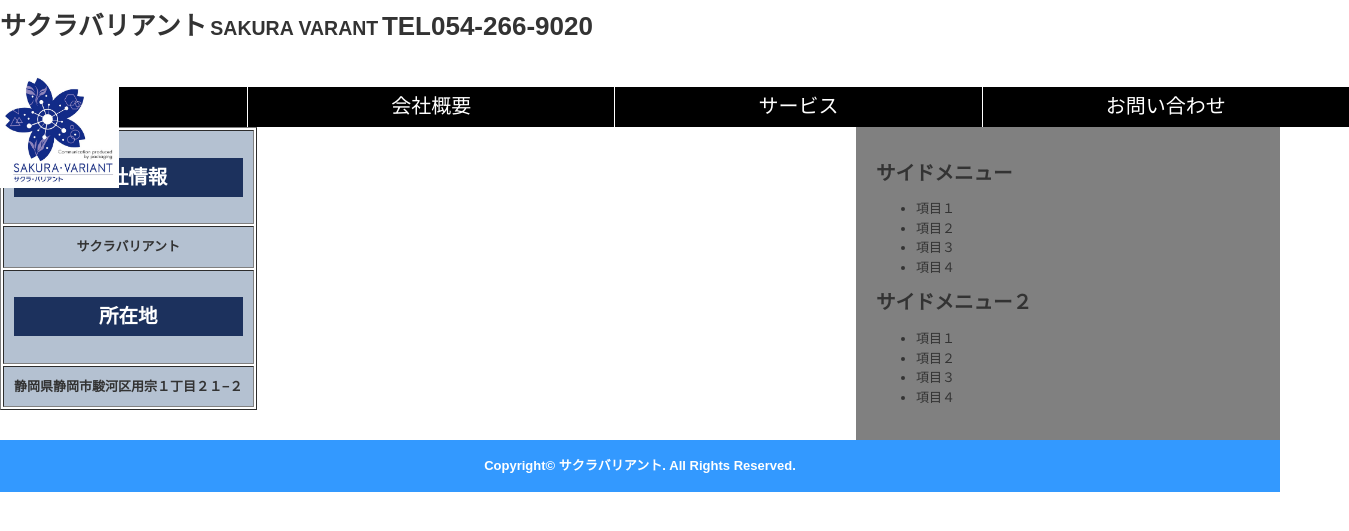
Repository: sakusyou69/homepage
Page: index.java3.html
The author's editor kept a record of every edit. The page is drawn from the files as they stood at one moment, then again after the next edit.
The browser window is 1280 px wide. The page is 1349 px wide, so the pictures cover 1349 px, including what lies to the right of the window. The pictures show the whole page.

Above is the page before.

### index.java3.html
<!DOCTYPE html>
<html lang="ja">
<head>
    <meta charset="UTF-8">
    <title> 会社案内｜サクラバリアント</title>
    <!-- CSSの読み込み　-->
    <link rel="stylesheet" href="stylesheet.css">
</head>
<body>
    <div id="header">
    <h1>サクラバリアント</h1>
    <h2>SAKURA VARANT</h2>
    <h1>TEL054-266-9020</h1>
        <h1> <a href="index.java.html"> <img id="corridor" src="images/sakura.jpg" alt="会社ロゴ"/></a></h1>
    </div>
    <div id="wrapper">
        <div id="nav">
            <ul>
                <li><a href="home.html">ホーム</a></a></li>
                <li><a href="#">会社概要</a></li>
                <li><a href="#">サービス</a></li>
                <li><a href="#">お問い合わせ</a></li>
            </ul>
        </div>
    </div>
    <div id="side">
        <div class="box">
            <h2>サイドメニュー</h2>
            <div class="boxBody">
                <ul>
                    <li>項目１</li>
                    <li>項目２</li>
                    <li>項目３</li>
                    <li>項目４</li>
                </ul>
            </div>
        </div>
        <div class="box">
            <h2>サイドメニュー２</h2>
            <div class="boxBody">
                <ul>
                    <li>項目１</li>
                    <li>項目２</li>
                    <li>項目３</li>
                    <li>項目４</li>
                </ul>
            </div>
        </div>
    </div>
    </div>

    <table border="1">
        <tr>
            <th><h2><font color="white">会社情報</font></h2></th>

        </tr>
        <tr>
         <th>サクラバリアント</th>


        </tr>
        <tr>
            <th><h2><font color="white">所在地</font></h2></th>
            </tr>
            <th>静岡県静岡市駿河区用宗１丁目２１−２</th>
            </tb>
        </tr>
    </table>



    <div id="footer">
        <p>Copyright© サクラバリアント. All Rights Reserved.</p>
    </div>
</body>
</html>

### stylesheet.css
@charset "utf-8";

body {
	margin: 0;
	padding: 0;
	font-family: "ヒラギノ角ゴ Pro W3", "Hiragino Kaku Gothic Pro", "メイリオ", Meiryo, Osaka, "ＭＳ Ｐゴシック", "MS PGothic", sans-serif;
	color: #333;
	font-size: 13px;
	line-height: 150%;
}

/* -------------------- wrapper -------------------- */
#wrapper {
	width: 100%;
	margin: auto;
	padding: 0px;
	border: 0px;
	background-color: #FFF;
}
div h1  {


}

div h2 {

    width:auto;
}
/*-----------------header-----------------*/
#header h1 {
    position:relative;
    display:inline-block;
}

#header h2 {
    position:relative;
    display:inline-block;
}

#corridor {
    width:15%;
    height:auto;
}


/*---------------footer--------------*/
#footer {
    clear: both;
    width:100%;
    padding: 3px 0 3px 0;
    background: #39F;
    color: #FFF;
    font-weight:bold;
    text-align: center;
}

/*------------------------nav-------------------*/
#nav {
    width:96%;
}
#nav ul {
    margin:-120px;
    padding:0;
    list-style-type: none;
}
#nav ul li {
    float:left;
    width:25%;
    text-align:center;
}
#nav ul li a {
    display:block;
    height:20px;
    margin:0;
    padding:10px;
    color: #FFF;
    font-size:20px;
    text-decoration:none;
    background-color:black;
    border-left: 1px solid white;
}
/*-----------------------side---------------------*/
#side {
    float:right;
    width:30%;
    padding:20px;
    background-color:gray;
}
#side.box {
    margin:0 auto 30px auto;
    padding:0 0 20px 0;
    background: url(images/side_box.png)bottom no-repeat;
}
#side.box h2 {
    margin:0;
    padding:8px;
    text-align:center;
    color:#fff;
    font-size:16px;
    line-height:16px;
    font-weight:normal;
    background:url(images/side_box_h2.png)center no-repeat;
}
#side.box.boxBody {
    padding:8px;
    border-right:solid 1px #C36;
    border-bottom:solid 1px #C36;
    border-left: solid 1px #C36;
    background:#fff;
}
#side.box.boxBody ul li {
    margin:0 0 16px 0;
    padding:0;
}
#side.box.boxBody ul li {
    padding:8px 0 8px 4px;
    list-style:none;
    border-bottom:solid 1px #C36;
}
th {
    padding:10px;
    background-color:#b4c1d1;
}
th h2 {
    background-color:#1c315d;
    padding:10px;
}

After the next edit:
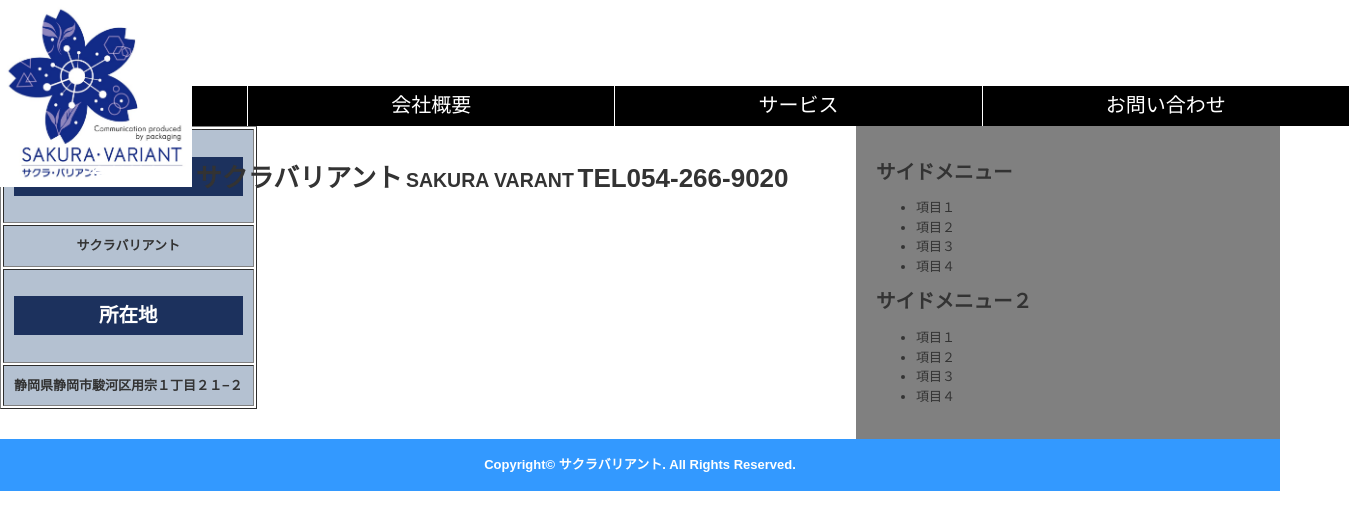
The edit:
--- a/index.java3.html
+++ b/index.java3.html
@@ -8,10 +8,10 @@
 </head>
 <body>
     <div id="header">
-    <h1>サクラバリアント</h1>
-    <h2>SAKURA VARANT</h2>
-    <h1>TEL054-266-9020</h1>
-        <h1> <a href="index.java.html"> <img id="corridor" src="images/sakura.jpg" alt="会社ロゴ"/></a></h1>
+        <a href="index.java3.html"> <img id="corridor" src="images/sakura.jpg" alt="会社ロゴ"/></a>
+        <h1>サクラバリアント</h1>
+        <h2>SAKURA VARANT</h2>
+        <h1>TEL054-266-9020</h1>
     </div>
     <div id="wrapper">
         <div id="nav">
